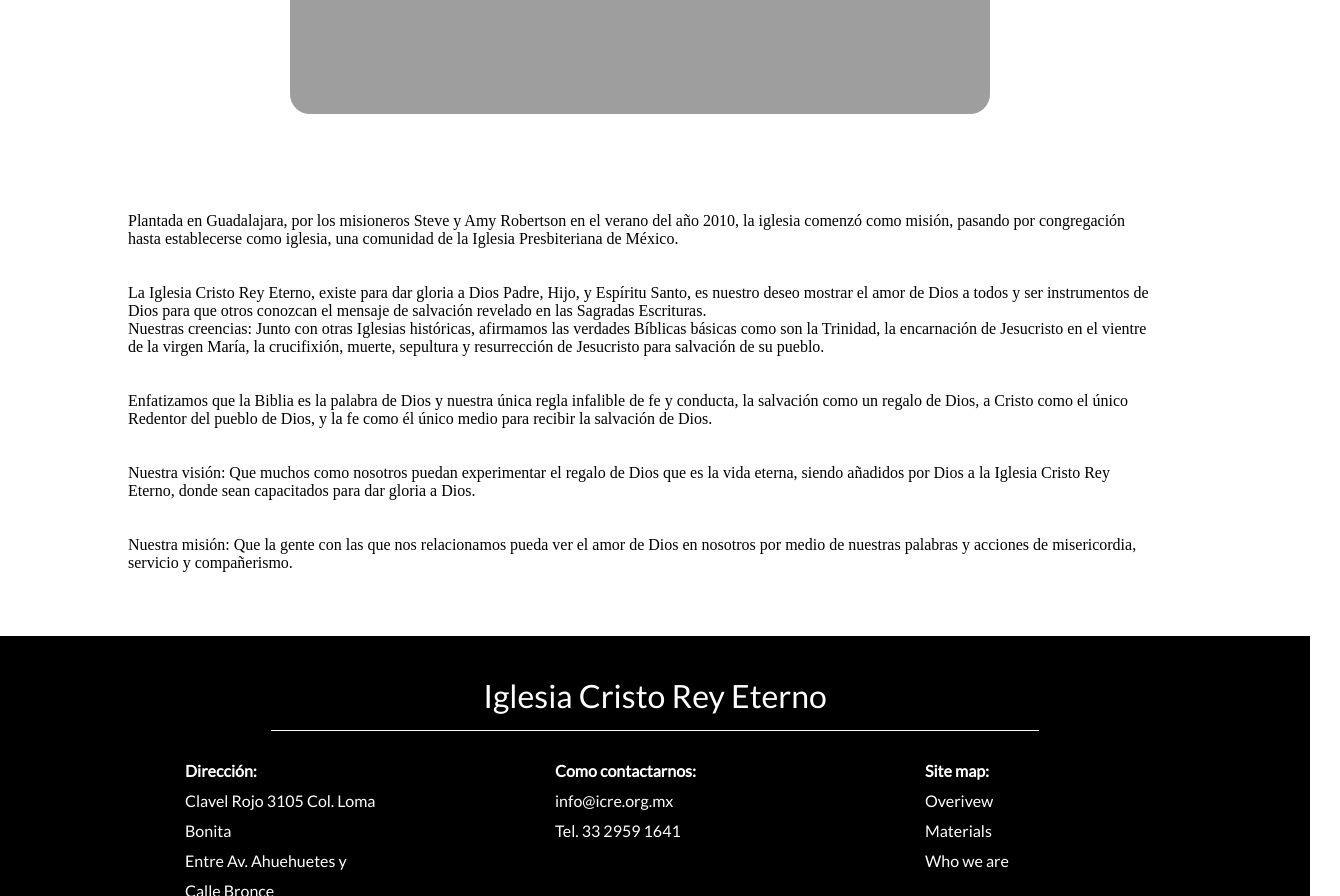
Repository: programmer686/Third-times-a-charm
Page: /About
The author's editor kept a copy of each file at every save. The page is drawn from the files as they stood at one save, then again after the next save.
The browser window is 1280 px wide. The page is 1340 px wide, so the pictures cover 1340 px, including what lies to the right of the window. The pictures show the part of the page from y = 417 to 1313 px (the page is 1449 px tall before and 1305 px after).
Pictures or frames that could not be fetched are drawn as grey boxes. The project was rebuilt for these pictures with package versions that can differ from the ones it lists, and the page was loaded fresh each time. The framework's server and built-in components were replaced by stand-ins that run in the browser. Also part of the build but not shown: next.config.js, src/styles/Layout.module.css.

Above is the page before, as saved 2023-04-28 20:08:57.

After the next save:
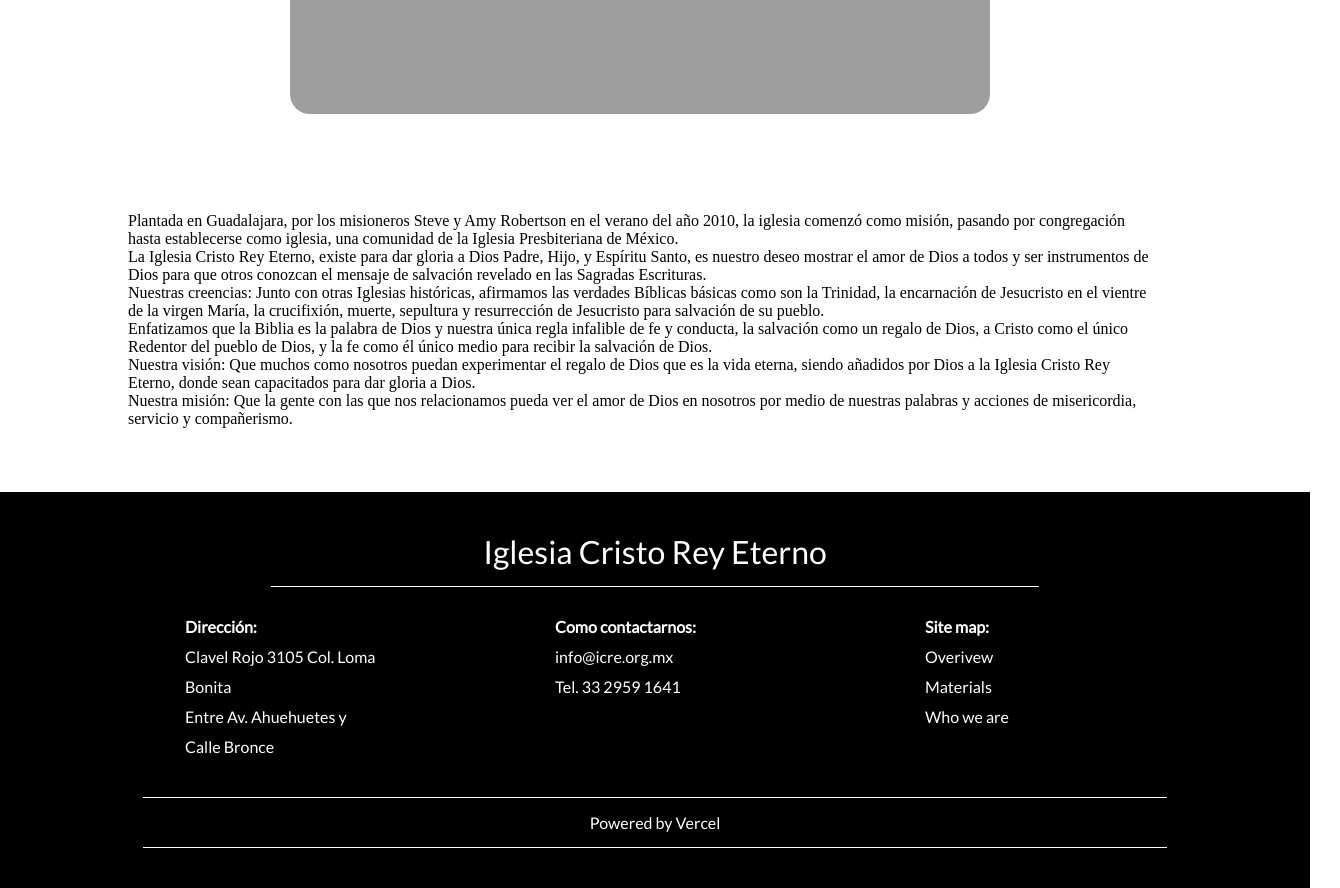
Saved 34 s later.
--- a/src/pages/About.tsx
+++ b/src/pages/About.tsx
@@ -11,17 +11,9 @@ export default function About() {
       </div>
       <div className={styles.about_us__section2}>
         <p>Plantada en Guadalajara, por los misioneros Steve y Amy Robertson en el verano del a&ntilde;o 2010, la iglesia comenz&oacute; como misi&oacute;n, pasando por congregaci&oacute;n hasta establecerse como iglesia, una comunidad de la Iglesia Presbiteriana de M&eacute;xico.</p>
-        <br/>
-        <br/>
         <p>La Iglesia Cristo Rey Eterno, existe para dar gloria a Dios Padre, Hijo, y Esp&iacute;ritu Santo, es nuestro deseo mostrar el amor de Dios a todos y ser instrumentos de Dios para que otros conozcan el mensaje de salvaci&oacute;n revelado en las Sagradas Escrituras.</p><p>Nuestras creencias: Junto con otras Iglesias hist&oacute;ricas, afirmamos las verdades B&iacute;blicas b&aacute;sicas como son la Trinidad, la encarnaci&oacute;n de Jesucristo en el vientre de la virgen Mar&iacute;a, la crucifixi&oacute;n, muerte, sepultura y resurrecci&oacute;n de Jesucristo para salvaci&oacute;n de su pueblo.</p>
-        <br/>
-        <br/>
         <p>Enfatizamos que la Biblia es la palabra de Dios y nuestra &uacute;nica regla infalible de fe y conducta, la salvaci&oacute;n como un regalo de Dios, a Cristo como el &uacute;nico Redentor del pueblo de Dios, y la fe como &eacute;l &uacute;nico medio para recibir la salvaci&oacute;n de Dios.</p>
-        <br/>
-        <br/>
         <p>Nuestra visi&oacute;n: Que muchos como nosotros puedan experimentar el regalo de Dios que es la vida eterna, siendo a&ntilde;adidos por Dios a la Iglesia Cristo Rey Eterno, donde sean capacitados para dar gloria a Dios.</p>
-        <br/>
-        <br/>
         <p>Nuestra misi&oacute;n: Que la gente con las que nos relacionamos pueda ver el amor de Dios en nosotros por medio de nuestras palabras y acciones de misericordia, servicio y compa&ntilde;erismo.</p>
       </div>
 
